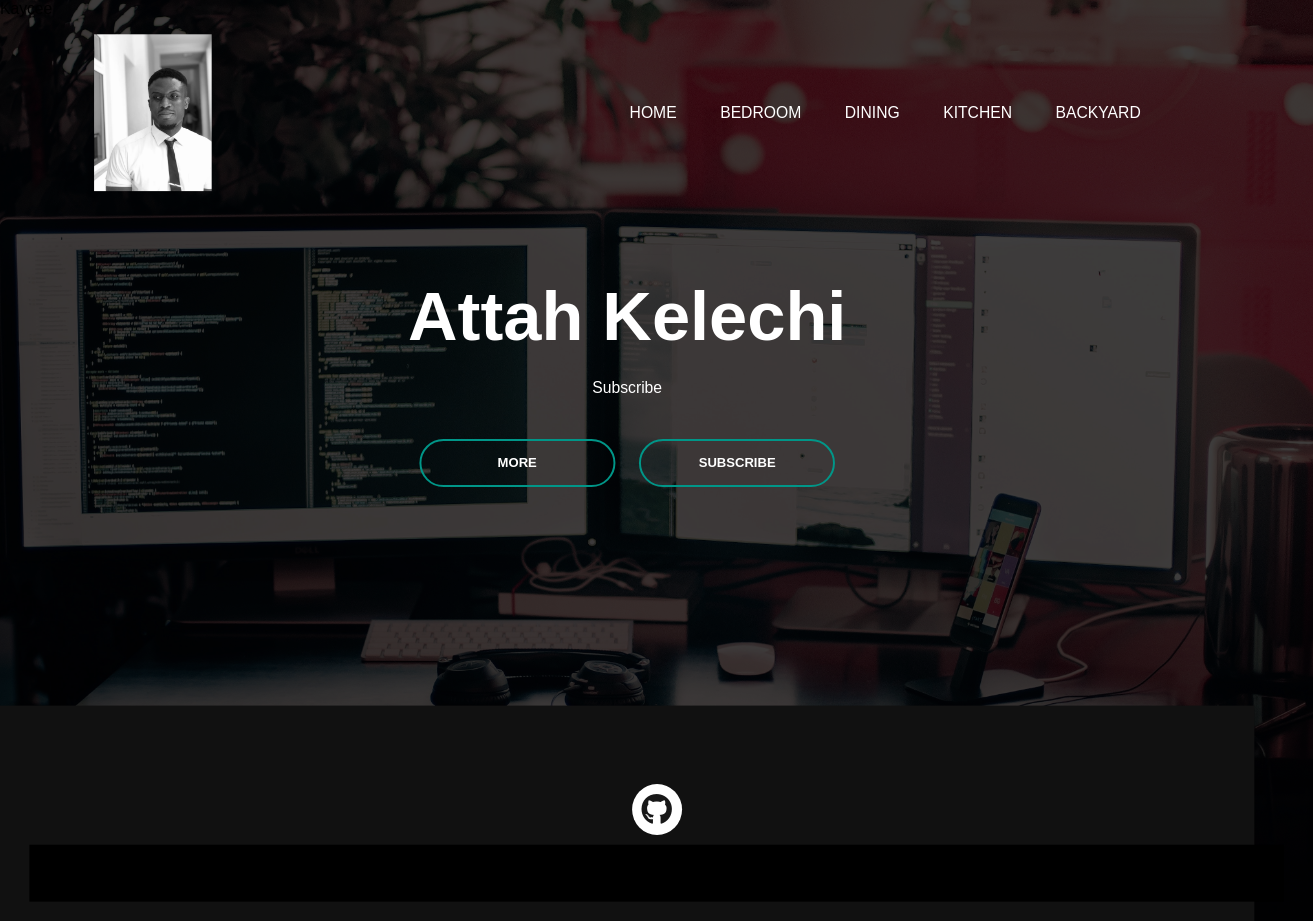
Repository: Kaycee-attah/HNG-Internship_2023
Page: index.html
The author's editor kept a copy of each file at every save. The page is drawn from the files as they stood at one save, then again after the next save.
The browser window is 1280 px wide. The page is 1340 px wide, so the pictures cover 1340 px, including what lies to the right of the window. The pictures show the whole page, at 98% of full size.

Above is the page before, as saved 2023-09-07 02:53:12.

After the next save:
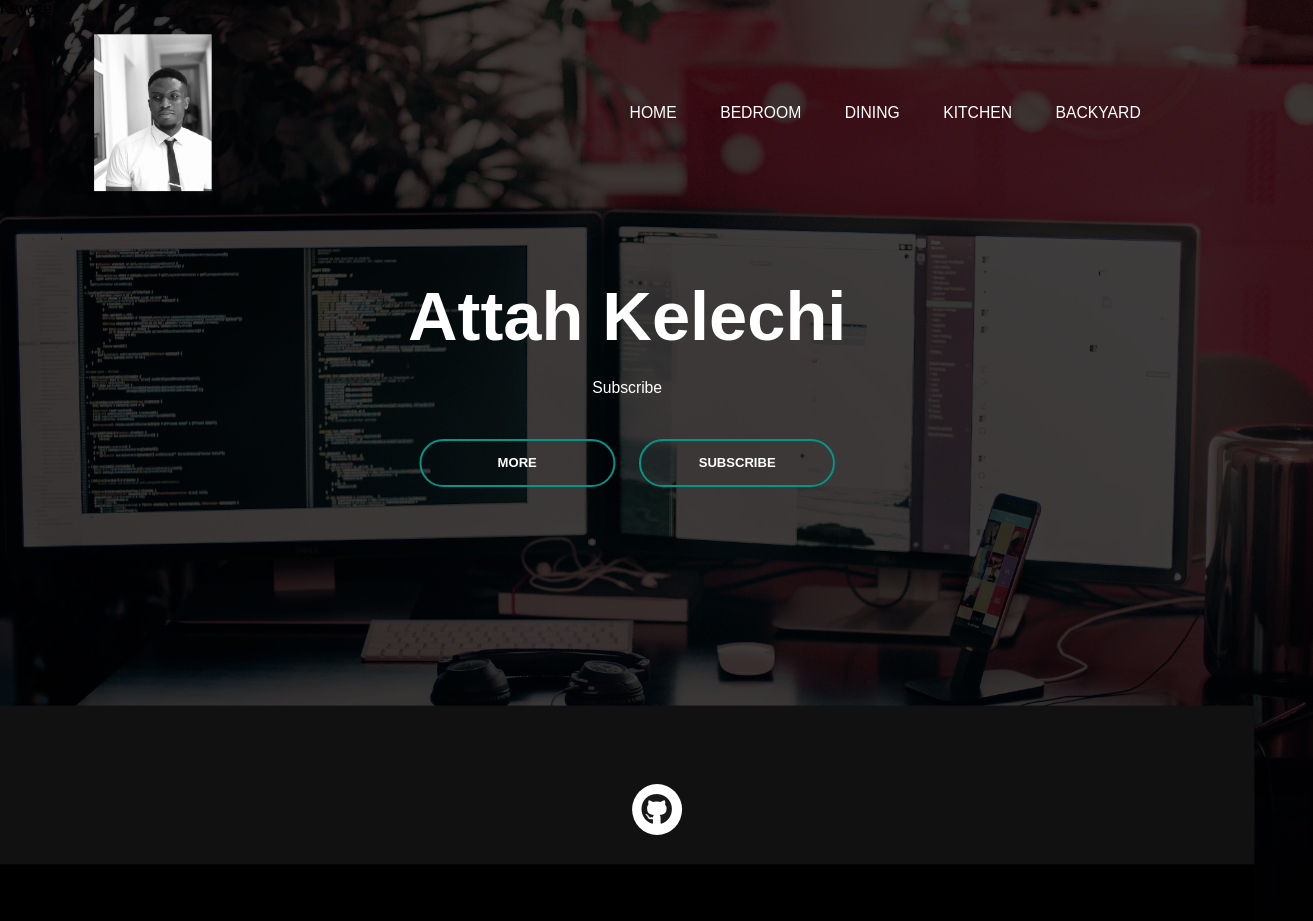
Saved 65 s later.
--- a/index.html
+++ b/index.html
@@ -33,9 +33,10 @@
             <div class="social-icon">
                 <a href=""><i class="fa-brands fa-github"></i></a>
             </div>
-            <div class="footer_Bottom">
-                <p>Copyright &copy;2023; Designed by <span class="designer">Kaycee</span></p>
-            </div>
+
+        </div>
+        <div class="footer_Bottom">
+            <p>Copyright &copy;2023; Designed by <span class="designer">Kaycee</span></p>
         </div>
     </footer>
 
